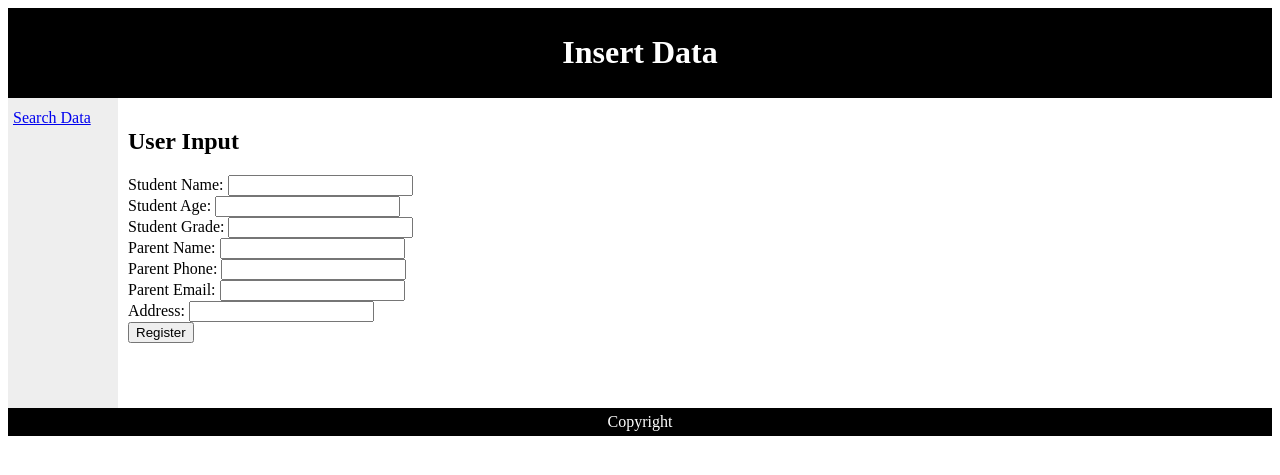
Repository: dreamxia329/TechExercise4830
Page: T3-0325-xia/T3-webProject-Xia/WebContent/Index.html
The author's editor kept a copy of each file at every save. The page is drawn from the files as they stood at one save, then again after the next save.
The browser window is 1280 px wide. The pictures show the whole page.

Above is the page before, as saved 2022-03-29 19:38:17.

### T3-0325-xia/T3-webProject-Xia/WebContent/Index.html
<html>
<head>
<style>
header {
    background-color:black;
    color:white;
    text-align:center;
    padding:5px;
}
nav {
    line-height:30px;
    background-color:#eeeeee;
    height:300px;
    width:100px;
    float:left;
    padding:5px;
}
section {
    width:350px;
    float:left;
    padding:10px;
}
footer {
    background-color:black;
    color:white;
    clear:both;
    text-align:center;
    padding:5px;
}
</style>
</head>

<body>
<header>
<h1> Insert Data </h1>
</header>

<nav>
<a href="/T3-webProject-Xia/search_xia.html">Search Data</a> <br>
</nav>

<section>
	<h1>User Input</h1>

	<form action="InsertXia" method="POST">

		Student Name: <input type="text" name="studentName"> <br />
		Student Age: <input type="text" name="studentAge"> <br />
		Student Grade: <input type="text" name="studentGrade"> <br />
		Parent Name:  <input type="text" name="parentName"> <br />
		Parent Phone: <input type="text" name="parentPhone"> <br />
		Parent Email: <input type="text" name="parentEmail"> <br />
		Address: <input type="text" name="address"> <br />


		<input type="submit" value="Register" />
	</form>

</section>

<footer>
Copyright
</footer>
</body>
</html>

After the next save:
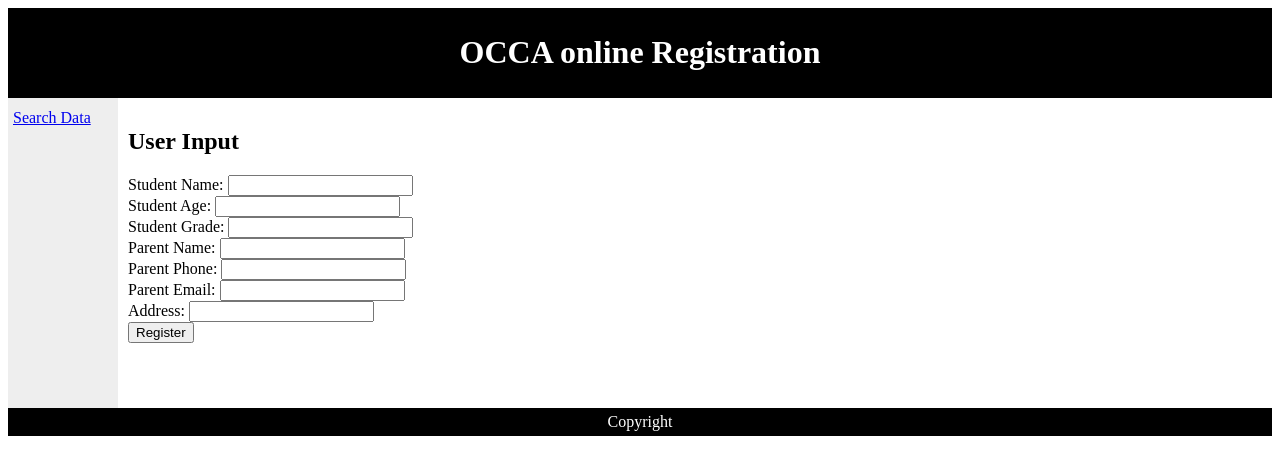
Saved 67 min 13 s later.
--- a/T3-0325-xia/T3-webProject-Xia/WebContent/Index.html
+++ b/T3-0325-xia/T3-webProject-Xia/WebContent/Index.html
@@ -32,7 +32,7 @@ footer {
 
 <body>
 <header>
-<h1> Insert Data </h1>
+<h1> OCCA online Registration </h1>
 </header>
 
 <nav>
